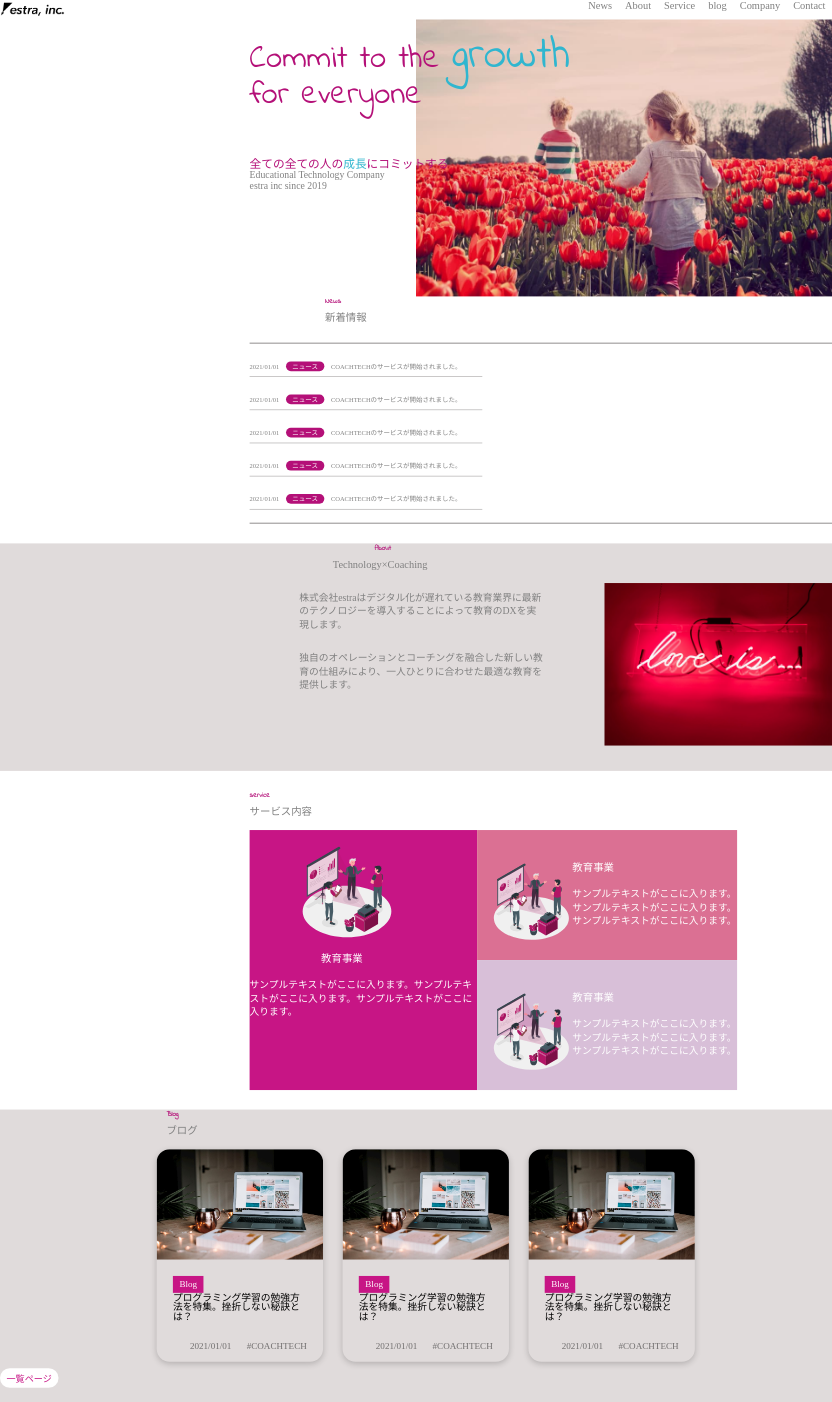
Repository: sigemasaasuka/20210902
Page: index.html
The author's editor kept a copy of each file at every save. The page is drawn from the files as they stood at one save, then again after a run of saves.
The browser window is 1280 px wide. The pictures show the whole page, at 65% of full size.

Above is the page before, as saved 2021-09-28 13:12:02.

### index.html
<!DOCTYPE html>
<html lang="ja">

<head>
  <meta charset="UTF-8">
  <meta name="viewport" content="width=device-width, initial-scale=1.0">
  <title>Document</title>
  <link rel="stylesheet" href="css/style.css">
  <link rel="stylesheet" href="css/reset.css">
  <link rel="preconnect" href="https://fonts.googleapis.com">
  <link rel="preconnect" href="https://fonts.gstatic.com" crossorigin>
  <link href="https://fonts.googleapis.com/css2?family=Indie+Flower&display=swap" rel="stylesheet">
</head>

<body>
  <div class="flex">
    <div class="logo">
      <img src="img/img/estra_logo.png" alt="estra_logo" width="100px" height="30px">
    </div>
    <div class="parent">
      <div class="child">News</div>
      <div class="child">About</div>
      <div class="child">Service</div>
      <div class="child">blog</div>
      <div class="child">Company</div>
      <div class="child">Contact</div>

    </div>
  </div>
  <div class="relative">
    <img class="relative__img" src="img/img/firstview.jpg" alt="firstview">
    <div class="example">
      <h1>Commit to the <span class="document"> growth</span> <br>for everyone</h1>
    </div>
    <div class="second">
      <h3>全ての全ての人の<span class="second-txt">成長</span>にコミットする</h3>
      <p class="subtitle">Educational Technology Company<br>estra inc since 2019</p>
    </div>
  </div>
  <div class="smlltitle">
    <h6>News</h6>
  </div>
  <div class="list">
    <h3>新着情報</h3>
  </div>
  <div class="local">
    <div class="info">
      <p>
        2021/01/01　<a class="practice__btn">ニュース</a>　COACHTECHのサービスが開始されました。
      </p>
    </div>
    <div class="info">
      <p>
        2021/01/01　<a class="practice__btn">ニュース</a>　COACHTECHのサービスが開始されました。
      </p>
    </div>
    <div class="info">
      <p>
        2021/01/01　<a class="practice__btn">ニュース</a>　COACHTECHのサービスが開始されました。
      </p>
    </div>
    <div class="info">
      <p>
        2021/01/01　<a class="practice__btn">ニュース</a>　COACHTECHのサービスが開始されました。
      </p>
    </div>
    <div class="info">
      <p>
        2021/01/01　<a class="practice__btn">ニュース</a>　COACHTECHのサービスが開始されました。
      </p>
    </div>
  </div>
  <div class="colored">
    <div class="smlltitle-2">
      <h6>About</h6>
    </div>
    <div class="list-2">
      <h3>Technology×Coaching</h3>
    </div>
    <div class="flex">
    <div class="info-txt">
      <div class="relate">
        株式会社estraはデジタル化が遅れている教育業界に最新のテクノロジーを導入することによって教育のDXを実現します。
      </div>
      <div class="relate-txt">
        独自のオペレーションとコーチングを融合した新しい教育の仕組みにより、一人ひとりに合わせた最適な教育を提供します。
      </div>

    </div>
      <div class="about">
        <img class="picture__img" src="img/img/about.jpg" alt="about">
      </div>
  </div>
  </div>

  <div class="service">
    <div class="smlltitle-3">
      <h6>service</h6>
    </div>
    <div class="list-3">
      <h3>サービス内容</h3>
    </div>
    <div class="contents">
    <div class="colored2">
      <div class="photo">
        <img class="service__img" src="img/img/service__first.svg" alt="service">
      </div>
      <div class="title">
        <h3>教育事業</h3>
      </div>
      <div class="explain">
        サンプルテキストがここに入ります。サンプルテキストがここに入ります。サンプルテキストがここに入ります。
      </div>
    </div>
  <div class="contents2">
    <div class="contents2">
  <div class="colored3">
    <div class="photo2">
      <img class="service__img1" src="img/img/service__first.svg" alt="service">
    </div>
    <div>
    <div class="title2">
      <h3>教育事業</h3>
    </div>
    <div class="explain2">
      サンプルテキストがここに入ります。サンプルテキストがここに入ります。サンプルテキストがここに入ります。
    </div>
  </div>
  </div>
  </div>

  <div class="colored4">
    <div class="photo2">
      <img class="service__img1" src="img/img/service__first.svg" alt="service">
    </div>
    <div>
    <div class="title2">
      <h3>教育事業</h3>
    </div>
    <div class="explain2">
      サンプルテキストがここに入ります。サンプルテキストがここに入ります。サンプルテキストがここに入ります。
    </div>
  </div>
  </div>
</div>
</div>
</div>
   <div class="colored5">
    <div class="smlltitle-4">
      <h6>Blog</h6>
    </div>
    <div class="list-4">
      <h3>ブログ</h3>
   </div>
    <div class="flex__item">
      <div class="practice__card">
        <div class="blog__first">
          <img src="img/img/blog__first.jpg" alt="blog">
        </div>
        <div class="card__content">
          <div class="card__cat">Blog</div>
          <h2 class="card__ttl">プログラミング学習の勉強方法を特集。挫折しない秘訣とは？</h2>
          <div class="tag">
            <p class="card__tag">2021/01/01</p>
            <p class="card__date">#COACHTECH</p>
          </div>
        </div>
      </div>
      <div class="practice__card">
        <div class="blog__first">
          <img src="img/img/blog__first.jpg" alt="blog">
        </div>
        <div class="card__content">
          <div class="card__cat">Blog</div>
          <h2 class="card__ttl">プログラミング学習の勉強方法を特集。挫折しない秘訣とは？</h2>
          <div class="tag">
            <p class="card__tag">2021/01/01</p>
            <p class="card__date">#COACHTECH</p>
          </div>
        </div>
      </div>
      <div class="practice__card">
        <div class="blog__first">
          <img src="img/img/blog__first.jpg" alt="blog">
        </div>
        <div class="card__content">
          <div class="card__cat">Blog</div>
          <h2 class="card__ttl">プログラミング学習の勉強方法を特集。挫折しない秘訣とは？</h2>
          <div class="tag">
            <p class="card__tag">2021/01/01</p>
            <p class="card__date">#COACHTECH</p>
          </div>
        </div>
      </div>
    </div>
    <div class="card__cat2">一覧ページ</div>
   </div>


</body>

</html>

### css/style.css
.img {
  text-align: left;
}

.parent {
  display: flex;
  justify-content: space-between;
  color: gray;
}

.child {
  margin: 0 10px;
  font-weight: lighter;
}

.logo {
  width: 100px;
}
.flex {
  display: flex;
  justify-content: space-between;
  height: 30px;
}

.relative {
  position: relative;
}

.relative__img {
  margin: 0 0 0 auto;
  display: block;
  width: 50%;
}

.example {
  position: absolute;
  top: 5%;
  left: 30%;
  font-size: 50px;
  color: #b41078;
  font-family: "Indie Flower", cursive;
}

.document {
  top: 5%;
  left: 30%;
  font-size: 70px;
  color: #30b6cf;
  font-family: "Indie Flower", cursive;
}

.second {
  position: absolute;
  top: 50%;
  left: 30%;
  font-size: 18px;
  color: #b41078;
}

.second-txt {
  top: 50%;
  left: 30%;
  font-size: 18px;
  color: #30b6cf;
}

.subtitle {
  margin: 0;
  font-size: 15px;
  color: gray;
  font-weight: lighter;
}

.smlltitle {
  color: #b41078;
  font-family: "Indie Flower", cursive;
  margin-left: 500px;
}

.list {
  color: gray;
  margin-left: 500px;
  margin-top: 10px;
}

.local {
  margin-top: 30px;
  margin-left: 30%;
  margin-right: 30px;
  border-color: rgb(170, 168, 168);
  border-top: solid 2px rgb(170, 168, 168);
  border-bottom: solid 2px rgb(170, 168, 168);
  width: 70%;
}

.info {
  margin-bottom: 20px;
  border-width: 0 0 1px 0;
  border-style: solid;
  line-height: 30px;
  border-color: rgb(173, 171, 171);
  margin-top: 20px;
  padding-left: 0;
  font-size: 10px;
  color: gray;
  width: 40%;
}

.practice__btn {
  width: 100px;
  padding: 2px 10px;
  color: #fff;
  border-radius: 30px;
  background-color: #b41078;
  text-align: center;
  margin: 0 auto 0;
}

.colored {
  height: 350px;
  background-color: rgb(224, 219, 219);
  margin-top: 30px;
}
.smlltitle-2 {
  color: #b41078;
  font-family: "Indie Flower", cursive;
  margin-left: 45%;
}

.list-2 {
  color: gray;
  margin-left: 40%;
  margin-top: 10px;
}

.relate {
  color: gray;
  font-size: 15px;
  margin-left: 55%;
  margin-top: 30px;
}

.relate-txt {
  color: gray;
  font-size: 15px;
  margin-left: 55%;
  margin-top: 30px;
}

.picture__img {
  margin-top: 20px;
  width: 350px;
  height: 250px;
}

.smlltitle-3 {
  color: #b41078;
  font-family: "Indie Flower", cursive;
  margin-left: 30%;
  margin-top: 30px;
}

.list-3 {
  color: gray;
  margin-left: 30%;
  margin-top: 10px;
}

.contents {
  display: flex;
}
.colored2 {
  background-color: #c71585;
  margin-top: 20px;
  margin-left: 30%;
  width: 350px;
  height: 400px;
}

.service__img {
  width: 300px;
  height: 150px;
  margin-top: 20px;
}

.title {
  margin-top: 20px;
  color: #fff;
  margin-left: 110px;
}

.explain {
  margin-top: 20px;
  color: #fff;
  font-size: 15px;
}
.contents2 {
  display: flex;
  flex-direction: column;
  justify-content: space-around;
}
.colored3 {
  display: flex;
  background-color: #db7093;
  margin-top: 20px;
  width: 400px;
  height: 200px;
}

.service__img1 {
  width: 340px;
  height: 220px;
  margin-left: 20px;
}

.title2 {
  margin-top: 20px;
  color: #fff;
  margin-top: 50px;
  margin-left: 20px;
}

.explain2 {
  margin-top: 20px;
  margin-left: 20px;
  color: #fff;
  font-size: 15px;
}

.colored4 {
  display: flex;
  background-color: #d8bfd8;
  width: 400px;
  height: 200px;
}

.colored5 {
  height: 450px;
  background-color: rgb(224, 219, 219);
  margin-top: 30px;
}

.smlltitle-4 {
  color: #b41078;
  font-family: "Indie Flower", cursive;
  margin-left: 20%;
  margin-top: 30px;
}

.list-4 {
  color: gray;
  margin-left: 20%;
  margin-top: 10px;
}

.flex__item {
  border-radius: 20px;
  display: flex;
  justify-content: center;
}

.practice__card {
  margin-top: 20px;
  margin-left: 30px;
  width: 20%;
  border-radius: 20px;
  box-shadow: 0px 3px 10px rgba(0, 0, 0, 0.2);
}

.blog__first {
  overflow: hidden;
  border-top-left-radius: 20px;
  border-top-right-radius: 20px;
}

.card__img img {
  width: 100%;
}

.card__content {
  padding: 15px 25px;
}

.card__ttl {
  font-size: 15px;
  margin-bottom: 30px;
  font-weight: 400;
}

.card__cat {
  padding: 5px 10px;
  background: #c71585;
  margin-top: 10px;
  display: inline-block;
  color: #fff;
  font-size: 14px;
}

.tag {
  font-size: 14px;
  text-align: right;
}

.card__tag {
  display: inline-block;
  color: rgb(112, 110, 110);
  margin-left: 10px;
}

.card__date {
  display: inline-block;
  margin-left: 20px;
  color: rgb(112, 110, 110);
}

.card__cat2 {
  padding: 5px 10px;
  background: white;
  margin-top: 10px;
  display: inline-block;
  color: #c71585;
  font-size: 14px;
  border-radius: 30px;
}

### css/reset.css
@charset "UTF-8";
html,
body,
div,
span,
applet,
object,
iframe,
h1,
h2,
h3,
h4,
h5,
h6,
p,
blockquote,
pre,
a,
abbr,
acronym,
address,
big,
cite,
code,
del,
dfn,
em,
img,
ins,
kbd,
q,
s,
samp,
small,
strike,
strong,
sub,
sup,
tt,
var,
b,
u,
i,
center,
dl,
dt,
dd,
ol,
ul,
li,
fieldset,
form,
label,
legend,
table,
caption,
tbody,
tfoot,
thead,
tr,
th,
td,
article,
aside,
canvas,
details,
embed,
figure,
figcaption,
footer,
header,
hgroup,
menu,
nav,
output,
ruby,
section,
summary,
time,
mark,
audio,
video {
  margin: 0;
  padding: 0;
  border: none;
  font-style: normal;
  text-align: left;
  zoom: 1;
}
article,
aside,
details,
figcaption,
figure,
footer,
header,
hgroup,
menu,
nav,
section {
  display: block;
}
table {
  border-collapse: collapse;
  font-family: inherit;
}
h1,
h2,
h3,
h4,
h5 {
  font-size: 100%;
  font-weight: normal;
  line-height: 1;
}
input,
textarea,
select {
  font-family: inherit;
  font-size: 16px;
}
input[type="button"],
input[type="text"],
input[type="submit"] {
  -webkit-appearance: none;
  border-radius: 0;
}
textarea {
  resize: none;
  -webkit-appearance: none;
  border-radius: 0;
}
th,
td {
  border-collapse: collapse;
}
table th,
table td {
  white-space: nowrap;
}
ul,
ol {
  list-style-type: none;
}
img {
  vertical-align: text-bottom;
  vertical-align: -webkit-baseline-middle;
  max-width: 100%;
  height: auto;
  width/***/: auto;
}

After the next 4 saves:
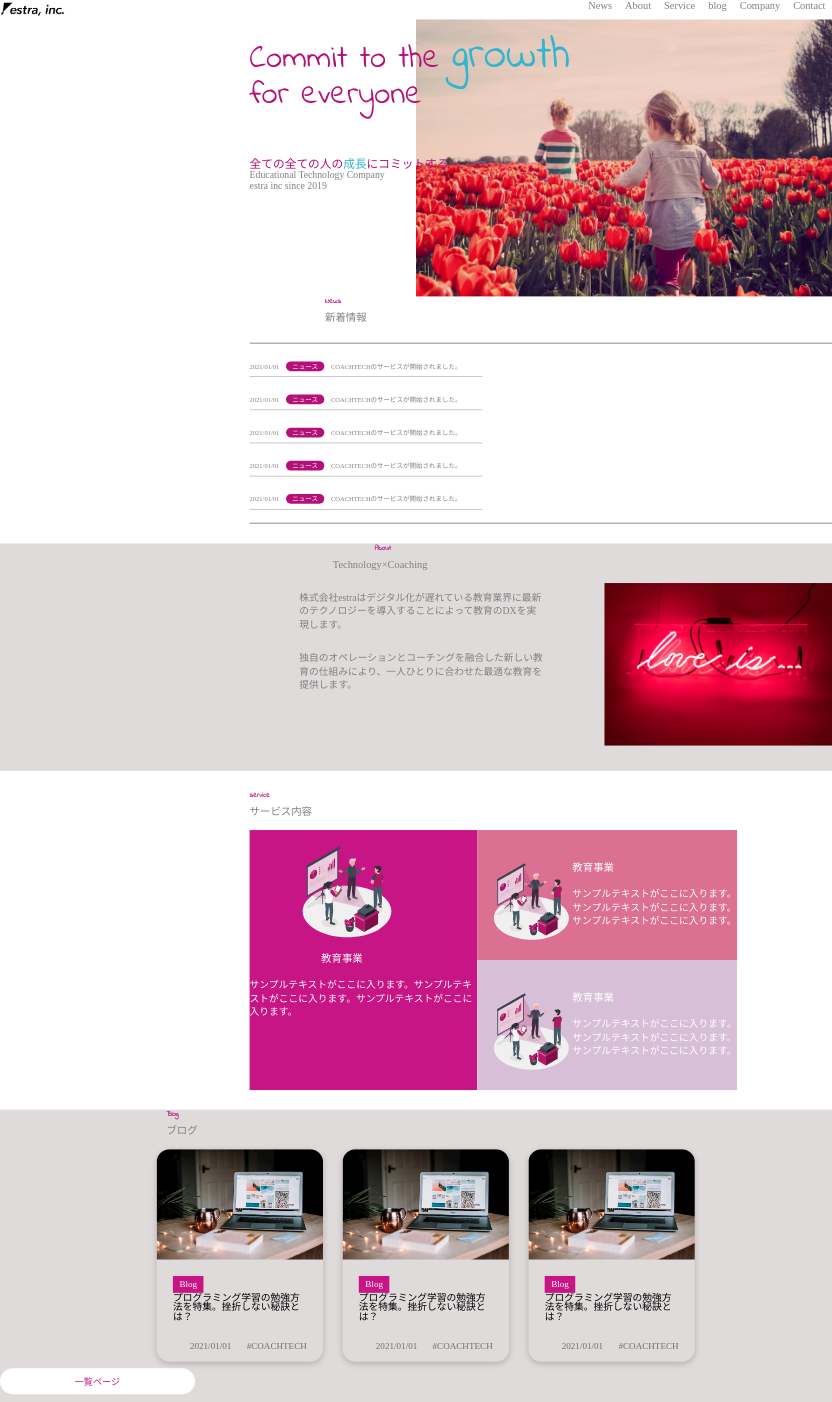
The 4 saves are shown as one change because they came seconds apart.
The last was saved 31 s later.
--- a/css/style.css
+++ b/css/style.css
@@ -314,7 +314,7 @@
 }
 
 .card__cat2 {
-  padding: 5px 10px;
+  padding: 10px 115px;
   background: white;
   margin-top: 10px;
   display: inline-block;
